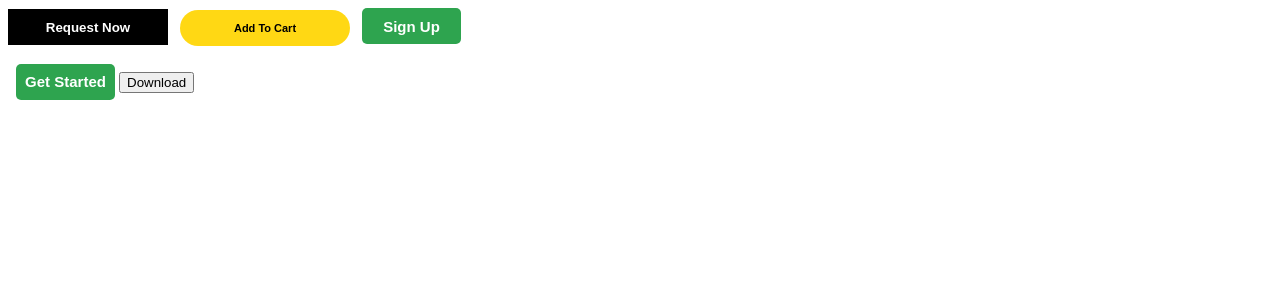
Repository: RagulRanjeeth/Frontend
Page: ButtonsExercise.html
An editor plug-in stored every save of this project. The page is shown before and after the next save, followed by the edit.
The browser window is 1280 px wide. The pictures show the whole page.

Above is the page before, as saved 2026-01-19 13:31:54.

### ButtonsExercise.html
<style>
.Uber{
   background-color: black;
   color: white;
   height: 36px;
   width: 160px;
   font-weight: bold;
   border: none;
   margin-right: 8px;
}

.amazon{
    background-color: rgba(255, 216, 20);
    color: black;
    height: 36px;
    width: 170px;
    font-weight:bold;
    font-size: 11px;
    border:none;
    border-radius: 18px;
}

.gitHub{
    background-color: rgba(46, 164, 79);
    height:36px;
    width: 99px;
    color: white;
    border: none;
    border-radius: 5px;
    font-weight: bold;
    font-size: 15px;
    margin-left: 8px;
}
</style>


<button class="Uber">
    Request Now
</button>

<button class="amazon">
    Add To Cart
</button>

<button class="gitHub">
    Sign Up
</button>

<br>
<br>


<button class="gitHub">
    Get Started
</button>

<button>
    Download
</button>

After the next save:
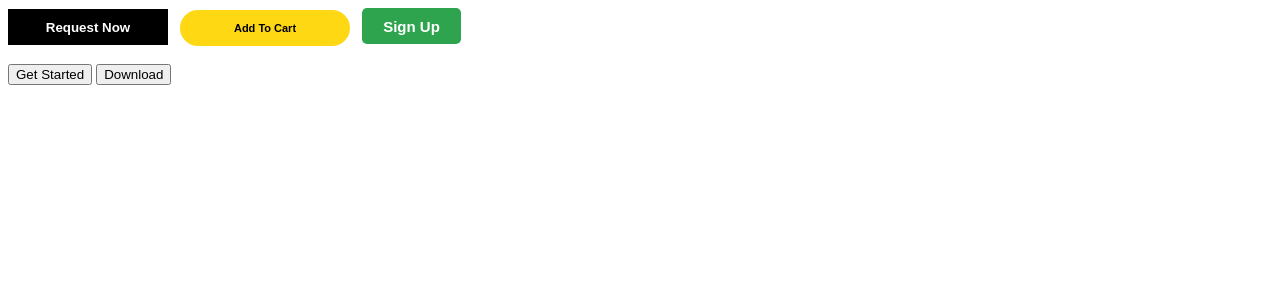
Saved 21 s later.
--- a/ButtonsExercise.html
+++ b/ButtonsExercise.html
@@ -50,7 +50,7 @@
 <br>
 
 
-<button class="gitHub">
+<button class="Bootstrap">
     Get Started
 </button>
 
